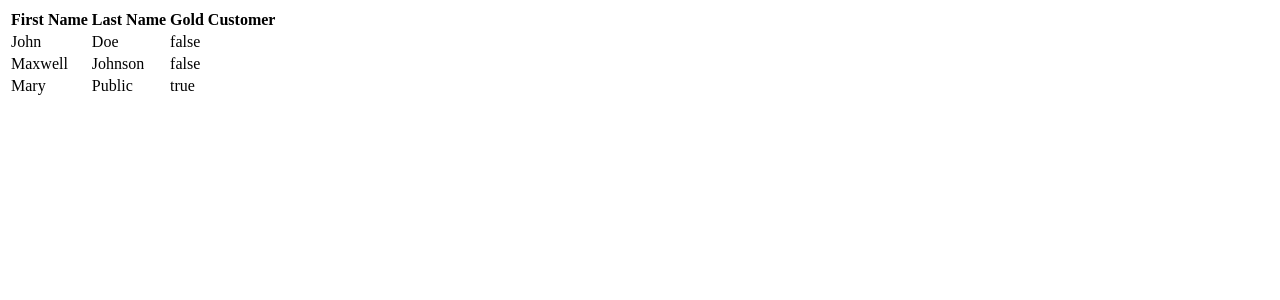
Repository: romuloabbiati/jsp-for-beginners
Page: http://localhost/tagdemo/if-student-test.jsp
An editor plug-in stored every save of this project. The page is shown before and after a run of saves, followed by the edit.
The browser window is 1280 px wide. The pictures show the whole page.
The page is served by Tomcat 9.

Above is the page before, as saved 2023-02-23 07:07:01.

### tagdemo/WebContent/if-student-test.jsp
<%@ taglib uri="http://java.sun.com/jsp/jstl/core" prefix="c" %>

<%@ page import="java.util.*, com.luv2code.jsp.tagdemo.Student" %>

<%

	List<Student> students = new ArrayList<>();
	students.add(new Student("John", "Doe", false));
	students.add(new Student("Maxwell", "Johnson", false));
	students.add(new Student("Mary", "Public", true));

	pageContext.setAttribute("myStudents", students);

%>

<html>

	<body>

		<table>
			<tr>
				<th>First Name</th>
				<th>Last Name</th>
				<th>Gold Customer</th>
			</tr>
			<c:forEach var="tempStudent" items="${myStudents}">

				<tr border="1">
					<td>${tempStudent.firstName}</td>
					<td>${tempStudent.lastName}</td>
					<td>${tempStudent.goldCustomer}</td>
				</tr>

			</c:forEach>
		</table>

	</body>

</html>

### tagdemo/src/com/luv2code/jsp/tagdemo/Student.java
package com.luv2code.jsp.tagdemo;

public class Student {

	private String firstName;
	private String lastName;
	private boolean goldCustomer;

	public Student(String firstName, String lastName, boolean goldCustomer) {
		super();
		this.firstName = firstName;
		this.lastName = lastName;
		this.goldCustomer = goldCustomer;
	}

	public String getFirstName() {
		return firstName;
	}

	public void setFirstName(String firstName) {
		this.firstName = firstName;
	}

	public String getLastName() {
		return lastName;
	}

	public void setLastName(String lastName) {
		this.lastName = lastName;
	}

	public boolean isGoldCustomer() {
		return goldCustomer;
	}

	public void setGoldCustomer(boolean goldCustomer) {
		this.goldCustomer = goldCustomer;
	}

}

After the next 2 saves:
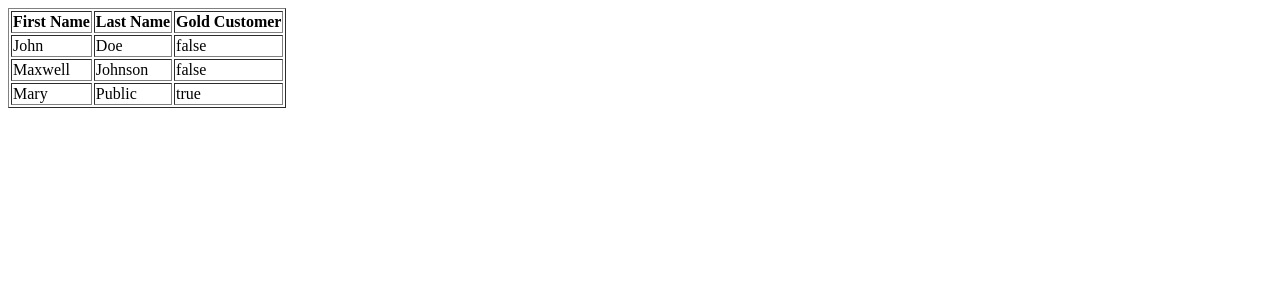
The 2 saves are shown as one change because they came seconds apart.
The last was saved 40 s later.
--- a/tagdemo/WebContent/if-student-test.jsp
+++ b/tagdemo/WebContent/if-student-test.jsp
@@ -17,7 +17,7 @@
 
 	<body>
 
-		<table>
+		<table border="1">
 			<tr>
 				<th>First Name</th>
 				<th>Last Name</th>
@@ -25,7 +25,7 @@
 			</tr>
 			<c:forEach var="tempStudent" items="${myStudents}">
 
-				<tr border="1">
+				<tr>
 					<td>${tempStudent.firstName}</td>
 					<td>${tempStudent.lastName}</td>
 					<td>${tempStudent.goldCustomer}</td>
